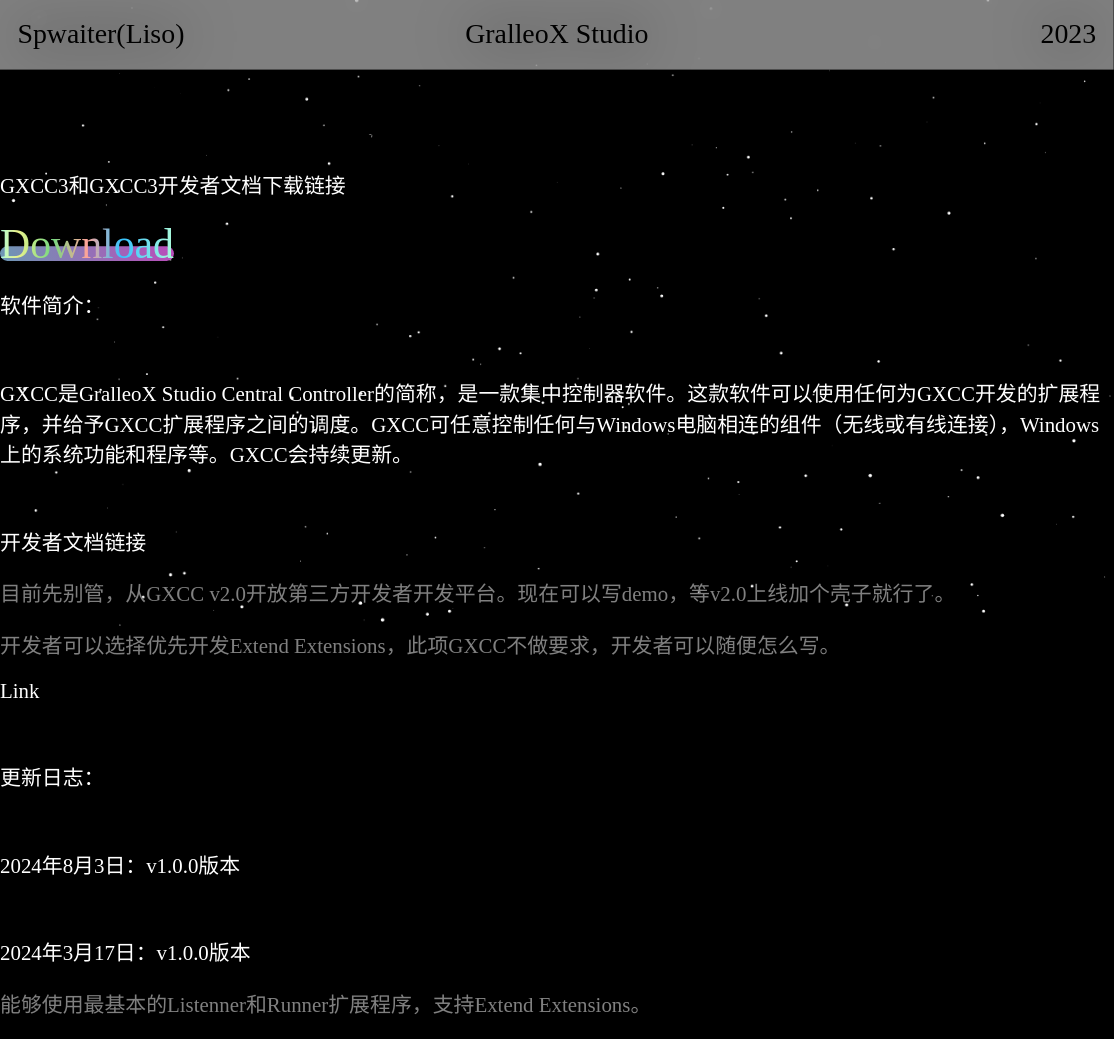
Repository: Lisu-Liso/page
Page: GXCC/index.html
These files come from the project's save history. The page is drawn as it stood at one moment and after the next save; the edit follows.
The browser window is 1280 px wide. The pictures show the whole page, at 87% of full size.

Above is the page before, as saved 2024-08-04 08:50:29.

### GXCC/index.html
<!DOCTYPE html>
<html lang="zh">
    <head>
        <meta http-equiv="Content-Type" content="text/html;charset=utf-8">
        <title>GXCC - GralleoX Studio</title>
        <link rel="stylesheet" type="text/css" href="./header.css">
        <link rel="stylesheet" type="text/css" href="./orientation.css">
        <link rel="shortcut icon" href="./GralleoX logo v2 web.ico">
        <style>
            body{
                overflow        : scroll;
                background-color: black;
                top             : 0;
                bottom          : 0;
                left            : 0;
                right           : 0;
                margin-top      : 100px;
                margin-bottom   : 0;
                margin-left     : 0;
                margin-right    : 0;
                user-select     : none;
            }
            ::-webkit-scrollbar{display: none;}
            .getin_screen{
                position        : fixed;
                top             : 0;
                bottom          : 0;
                left            : 0;
                right           : 0;
                background-color: rgba(0,0,0,0);
                color           : rgba(0,0,0,0);
                animation       : getinanimation 4s ease-in-out;
                text-align      : center;
                display         : table-cell;
            }
            @keyframes getinanimation{
                0% {
                    background-color       : rgba(255,255,255,1);
                    color                  : black;
                    backdrop-filter        : blur(15px);
                    -webkit-backdrop-filter: blur(15px);
                }
                40% {
                    background-color       : rgba(255,255,255,0.5);
                    color                  : black;
                    backdrop-filter        : blur(15px);
                    -webkit-backdrop-filter: blur(15px);
                }
                70% {
                    background-color       : rgba(255,255,255,0.5);
                    color                  : black;
                    backdrop-filter        : blur(15px);
                    -webkit-backdrop-filter: blur(15px);
                }
                100% {
                    background-color       : rgba(0,0,0,0);
                    color                  : rgba(0,0,0,0);
                    backdrop-filter        : blur(0px);
                    -webkit-backdrop-filter: blur(0px);
                }
            }
            .download_block{
                position               : fixed;
                top                    : 100px;
                left                   : 100px;
                right                  : 100px;
                bottom                 : 100px;
                margin-top             : 10px;
                margin-left            : 10px;
                margin-right           : 10px;
                margin-bottom          : 10px;
                background-color       : rgba(255,255,255,0.5);
                backdrop-filter        : blur(15px);
                -webkit-backdrop-filter: blur(15px);
                border-radius          : 100px;
                box-shadow             : 0 20px 50px rgba(0,0,0,0.2);
            }
            @keyframes blockout{
                0% {
                    background-color       : rgba(255,255,255,0);
                    backdrop-filter        : blur(0px);
                    -webkit-backdrop-filter: blur(0px);
                    box-shadow             : 0 20px 50px rgba(0,0,0,0);
                    opacity                : 0;
                }
                100% {
                    background-color       : rgba(255,255,255,0.5);
                    backdrop-filter        : blur(15px);
                    -webkit-backdrop-filter: blur(15px);
                    box-shadow             : 0 20px 50px rgba(0,0,0,0.2);
                    opacity                : 1;
                }
            }
            @keyframes blockquite{
                0% {
                    background-color       : rgba(255,255,255,0.5);
                    backdrop-filter        : blur(15px);
                    -webkit-backdrop-filter: blur(15px);
                    box-shadow             : 0 20px 50px rgba(0,0,0,0.2);
                    opacity                : 1;
                }
                100% {
                    background-color       : rgba(255,255,255,0);
                    backdrop-filter        : blur(0px);
                    -webkit-backdrop-filter: blur(0px);
                    box-shadow             : 0 20px 50px rgba(0,0,0,0);
                    opacity                : 0;
                }
            }
            .header-float{
                position: fixed;
                top     : 0;
                left    : 0;
                right   : 0;
                width   : 100%;
            }
            .black_board{
                position               : fixed;
                top                    : 80px;
                left                   : 0;
                right                  : 0;
                bottom                 : 0;
                margin-top             : 0;
                margin-left            : 0;
                margin-right           : 0;
                margin-bottom          : 0;
                backdrop-filter        : blur(15px);
                -webkit-backdrop-filter: blur(15px);
                background-color       : rgba(0,0,0,0.3);
            }
            @keyframes boardout{
                0% {
                    backdrop-filter        : blur(0px);
                    -webkit-backdrop-filter: blur(0px);
                    background-color       : rgba(0,0,0,0);
                }
                100% {
                    backdrop-filter        : blur(15px);
                    -webkit-backdrop-filter: blur(15px);
                    background-color       : rgba(0,0,0,0.3);
                }
            }
            @keyframes boardquite{
                0% {
                    backdrop-filter        : blur(15px);
                    -webkit-backdrop-filter: blur(15px);
                    background-color       : rgba(0,0,0,0.3);
                }
                100% {
                    backdrop-filter        : blur(0px);
                    -webkit-backdrop-filter: blur(0px);
                    background-color       : rgba(0,0,0,0);
                }
            }
            .newbutton{
                background   : linear-gradient(75deg,rgba(145, 202, 240, 0.75),rgba(248, 102, 248, 0.75));
                border-radius: 20px;
                text-align   : center;
                cursor       : pointer;
            }
            :root {
                --rainbow-gradient: linear-gradient(-90deg,#adfbda 0,#35c3ff 30%,#fda399 50%,#76d880 70%,#ebf38b 90%,#adfbda 100%);
            }
            .article-header--title {
                background-image       : var(--rainbow-gradient,#fff);
                background-size        : 100%;
                background-repeat      : repeat;
                background-clip        : text;
                -webkit-background-clip: text;
                -webkit-text-fill-color: transparent;
                -moz-background-clip   : text;
                -moz-text-fill-color   : transparent;
                filter                 : drop-shadow(0 0 2rpx #000);
                text-shadow            : none!important;
                cursor                 : pointer;
            }
            a{
                text-decoration: none;
            }
            font{
                cursor : default;
            }
            .backgroundimage{
                position: fixed;
                top     : 0;
                left    : 0;
                right   : 0;
                width   : 100%;
                height  : 100%;
                z-index: -1;
            }
            .normaltext{
                font-size: 18pt;
                color:white;
            }
        </style>
    </head>
    <body>
        <canvas id="bgCanvas" class="backgroundimage"></canvas>
        <script>
            // 获取画布
            var canvas = document.getElementById('bgCanvas');
            var ctx = canvas.getContext('2d');

            // 设置画布尺寸与窗口大小一致
            canvas.width = window.innerWidth;
            canvas.height = window.innerHeight;

            // 创建一个数组用于存储星星的信息
            var stars = [];

            // 创建星星对象
            function Star(x, y, radius, color, speed) {
                this.x = x;
                this.y = y;
                this.radius = radius;
                this.color = color;
                this.speed = speed;
            }

            // 初始化星星
            function init() {
                for (var i = 0; i < 200; i++) {
                    var x = Math.random() * canvas.width;
                    var y = Math.random() * canvas.height;
                    var radius = Math.random() * 2;
                    var color = 'white';
                    var speed = Math.random() * 0.5;

                    stars.push(new Star(x, y, radius, color, speed));
                }
            }

            // 绘制星星
            function drawStars() {
                ctx.clearRect(0, 0, canvas.width, canvas.height);

                for (var i = 0; i < stars.length; i++) {
                    var star = stars[i];

                    ctx.beginPath();
                    ctx.arc(star.x, star.y, star.radius, 0, Math.PI * 2);
                    ctx.fillStyle = star.color;
                    ctx.fill();
                }
            }

            // 更新星星位置
            function updateStars() {
                for (var i = 0; i < stars.length; i++) {
                    var star = stars[i];

                    star.x += star.speed;

                    if (star.x > canvas.width) {
                        star.x = 0;
                    }
                }
            }

            // 动画循环
            function animate() {
                requestAnimationFrame(animate);

                drawStars();
                updateStars();
            }

            // 初始化并启动动画
            init();
            animate();
        </script>
        <div style="text-align:center;top:0;left:0;right:0;"><font size="7">这里是GXCC中文官网！</font></div>
        <p class="normaltext">GXCC3和GXCC3开发者文档下载链接</p>
        <a class="newbutton" onclick="join_us()"><font class="article-header--title" size="7">Download</font></a>
        <div class="black_board" id="bb"></div>
        <div class="download_block" id="download_block">
            <div style="text-align: center">
                <a class="newbutton" onclick="close_download_block()"><font class="article-header--title" size="7">点击关闭此框</font></a>
            </div>
            <div style="margin-left: 1cm;">
                <font size="7" color="black">这里是下载链接（最新版本）</font>
                <br>
                <font size="7" color="grey">历史版本</font>
                <font size="7" color="red">暂时</font>
                <font size="7" color="grey">不支持下载</font>
                <br>
                <font class="normaltext" color="red">如果杀毒软件报告有病毒请忽略，此软件已经经过Microsoft Defender检测，360纯属误报。</font>
                <br>
                <a class="normaltext" href="https://github.com/Lisu-Liso/GXCC/releases/tag/GXCC3">Link</a>
            </div>
        </div>
        <br>
        <p class="normaltext">软件简介：</p>
        <br>
        <p class="normaltext">GXCC是GralleoX Studio Central Controller的简称，是一款集中控制器软件。这款软件可以使用任何为GXCC开发的扩展程序，并给予GXCC扩展程序之间的调度。GXCC可任意控制任何与Windows电脑相连的组件（无线或有线连接），Windows上的系统功能和程序等。GXCC会持续更新。</p>
        <br>
        <p class="normaltext">开发者文档链接</p>
        <p class="normaltext" style="color: gray;">目前先别管，从GXCC v2.0开放第三方开发者开发平台。现在可以写demo，等v2.0上线加个壳子就行了。</p>
        <p class="normaltext" style="color: gray;">开发者可以选择优先开发Extend Extensions，此项GXCC不做要求，开发者可以随便怎么写。</p>
        <a href="./GXCC_devloper_document.html" target="_blank"><p class="normaltext">Link</p></a>
        <br>
        <p class="normaltext">更新日志：</p>
        <br>
        <p class="normaltext">2024年8月3日：v1.0.0版本</p>
        <br>
        <p class="normaltext">2024年3月17日：v1.0.0版本</p>
        <p class="normaltext" style="color: grey;">能够使用最基本的Listenner和Runner扩展程序，支持Extend Extensions。</p>
        <div class="headerblock">
            <div class="centertext"><font size="6">GralleoX Studio</font></div>
            <div class="lefttext"><font size="6">Spwaiter(Liso)</font></div>
            <div class="righttext"><font size="6">2023</font></div>
        </div>
        <div class="getin_screen" id="getin">
            <font size="7" id="getintext">网站正在加载，请稍后...</font>
        </div>
    </body>
    <script type="text/javascript">
        let t = document.getElementById("download_block");
        t.style.display = "none";

        t = document.getElementById("bb");
        t.style.display = "none";
    </script>
    <script type="text/javascript">
        setTimeout(function(){
            let t = document.getElementById("getintext");
            t.innerHTML = "网站加载完毕，即将进入网站。";
            setTimeout(function(){
                let t = document.getElementById("getin");
                t.style.display = "none";
            },2000);
        },2000);
        function join_us(){
            let t = document.getElementById("download_block");
            t.style.display = "block";
            t.style.animation = "blockout 0.5s ease-in-out";

            t = document.getElementById("bb");
            t.style.display = "block";
            t.style.animation = "boardout 0.5s ease-in-out";
        }
        function close_download_block(){
            let t = document.getElementById("download_block");
            t.style.animation = "blockquite 0.5s ease-in-out";

            t = document.getElementById("bb");
            t.style.animation = "boardquite 0.5s ease-in-out";
            setTimeout(function(){
                let t = document.getElementById("download_block");
                t.style.display = "none";

                t = document.getElementById("bb");
                t.style.display = "none";
            },500);
        }
    </script>
</html>

### GXCC/header.css
.headerblock{
    position               : fixed;
    top                    : 0px;
    left                   : 0px;
    right                  : 0px;
    margin-top             : 0px;
    margin-left            : 0px;
    margin-right           : 0px;
    width                  : 100%;
    height                 : 80px;
    background-color       : rgba(255,255,255,0.5);
    backdrop-filter        : blur(10px);
    -webkit-backdrop-filter: blur(10px);
    box-shadow             : 0 20px 50px rgba(0,0,0,0.2);
    align-items            : center;
}
.centertext{
    position    : fixed;
    top         : 0;
    left        : 0;
    right       : 0;
    margin-top  : 20px;
    margin-left : 20px;
    margin-right: 20px;
    text-align  : center;
    filter      : drop-shadow(0 0 2rem #000);
    text-shadow : none!important;
    color       : black;
}
.lefttext{
    position    : fixed;
    top         : 0;
    left        : 0;
    right       : 0;
    margin-top  : 20px;
    margin-left : 20px;
    margin-right: 20px;
    text-align  : left;
    filter      : drop-shadow(0 0 2rem #000);
    text-shadow : none!important;
    color       : black;
}
.righttext{
    position    : fixed;
    top         : 0;
    left        : 0;
    right       : 0;
    margin-top  : 20px;
    margin-left : 20px;
    margin-right: 20px;
    text-align  : right;
    filter      : drop-shadow(0 0 2rem #000);
    text-shadow : none!important;
    color       : black;
}

### orientation.css
i{
    border: solid black;
    border-width: 0 3px 3px 0;
    display: inline-block;
    padding: 3px;
}
.right{
    transform: rotate(-45deg);
    -webkit-transform: rotate(-45deg);
}

.left{
    transform: rotate(135deg);
    -webkit-transform: rotate(135deg);
}

.up{
    transform: rotate(-135deg);
    -webkit-transform: rotate(-135deg);
}

.down{
    transform: rotate(45deg);
    -webkit-transform: rotate(45deg);
}

After the next save:
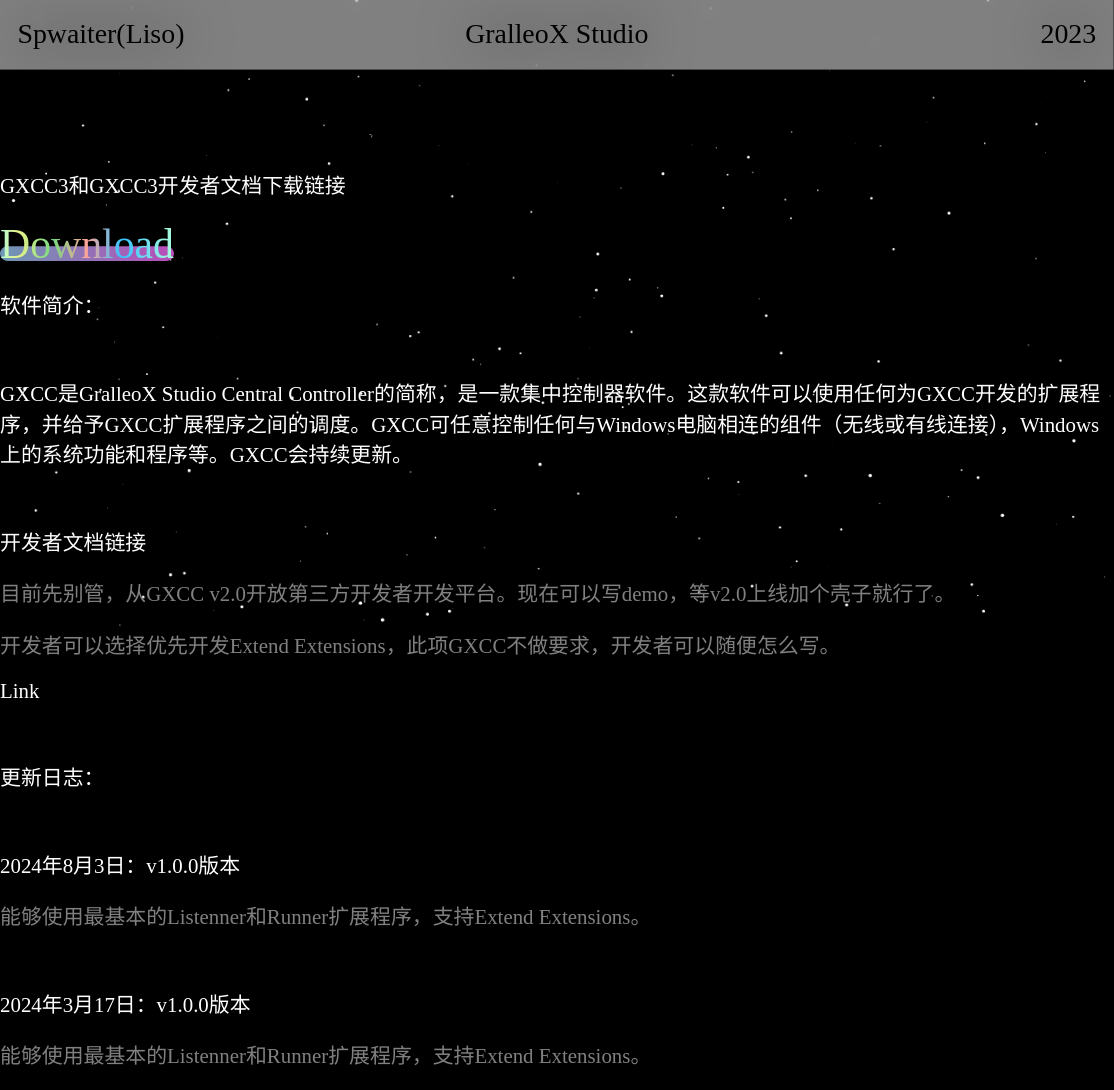
Saved 6 s later.
--- a/GXCC/index.html
+++ b/GXCC/index.html
@@ -303,6 +303,7 @@
         <p class="normaltext">更新日志：</p>
         <br>
         <p class="normaltext">2024年8月3日：v1.0.0版本</p>
+        <p class="normaltext" style="color: grey;">能够使用最基本的Listenner和Runner扩展程序，支持Extend Extensions。</p>
         <br>
         <p class="normaltext">2024年3月17日：v1.0.0版本</p>
         <p class="normaltext" style="color: grey;">能够使用最基本的Listenner和Runner扩展程序，支持Extend Extensions。</p>

After the save that followed:
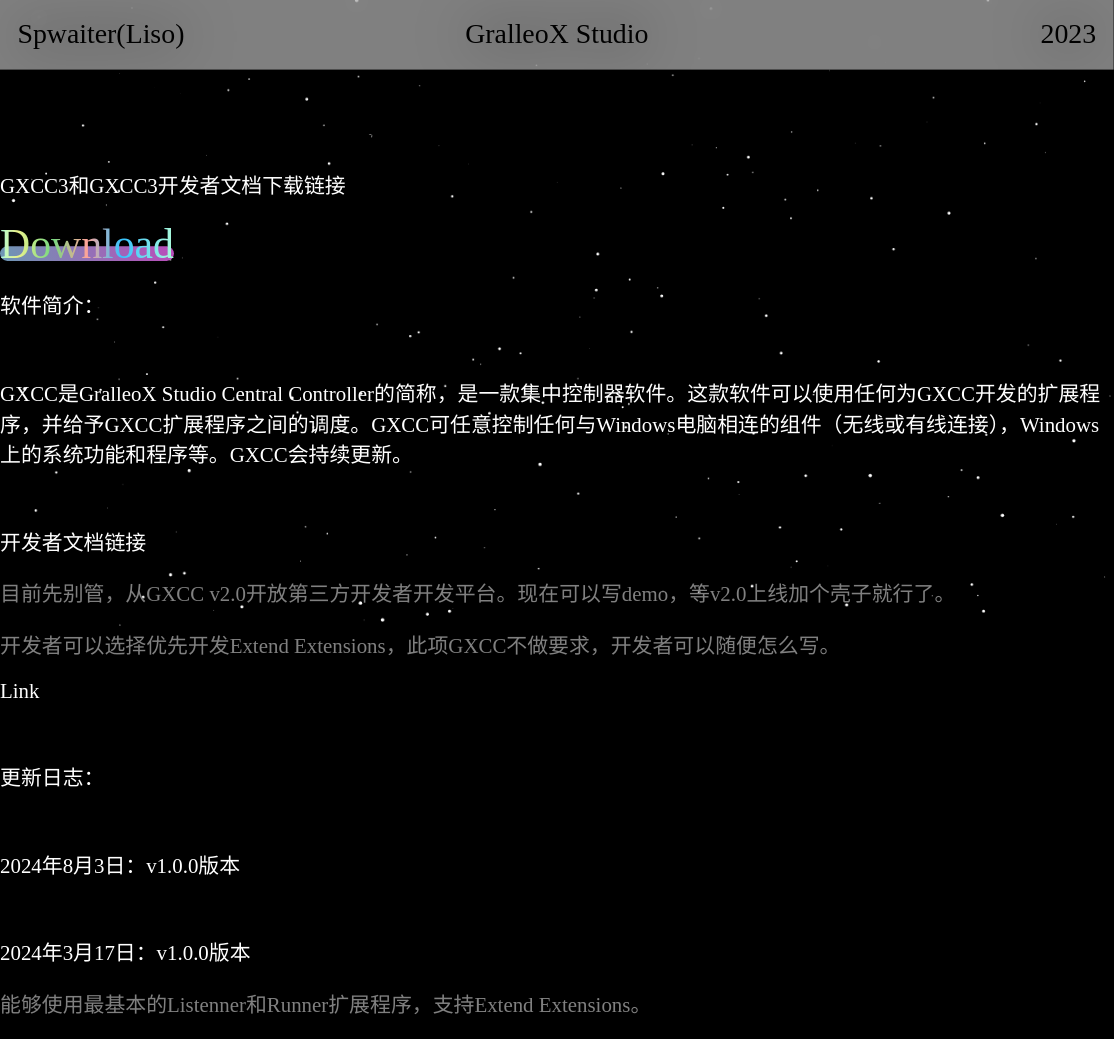
Saved 23 s later.
--- a/GXCC/index.html
+++ b/GXCC/index.html
@@ -303,7 +303,7 @@
         <p class="normaltext">更新日志：</p>
         <br>
         <p class="normaltext">2024年8月3日：v1.0.0版本</p>
-        <p class="normaltext" style="color: grey;">能够使用最基本的Listenner和Runner扩展程序，支持Extend Extensions。</p>
+        <p class="normaltext" style="color: grey;"></p>
         <br>
         <p class="normaltext">2024年3月17日：v1.0.0版本</p>
         <p class="normaltext" style="color: grey;">能够使用最基本的Listenner和Runner扩展程序，支持Extend Extensions。</p>
